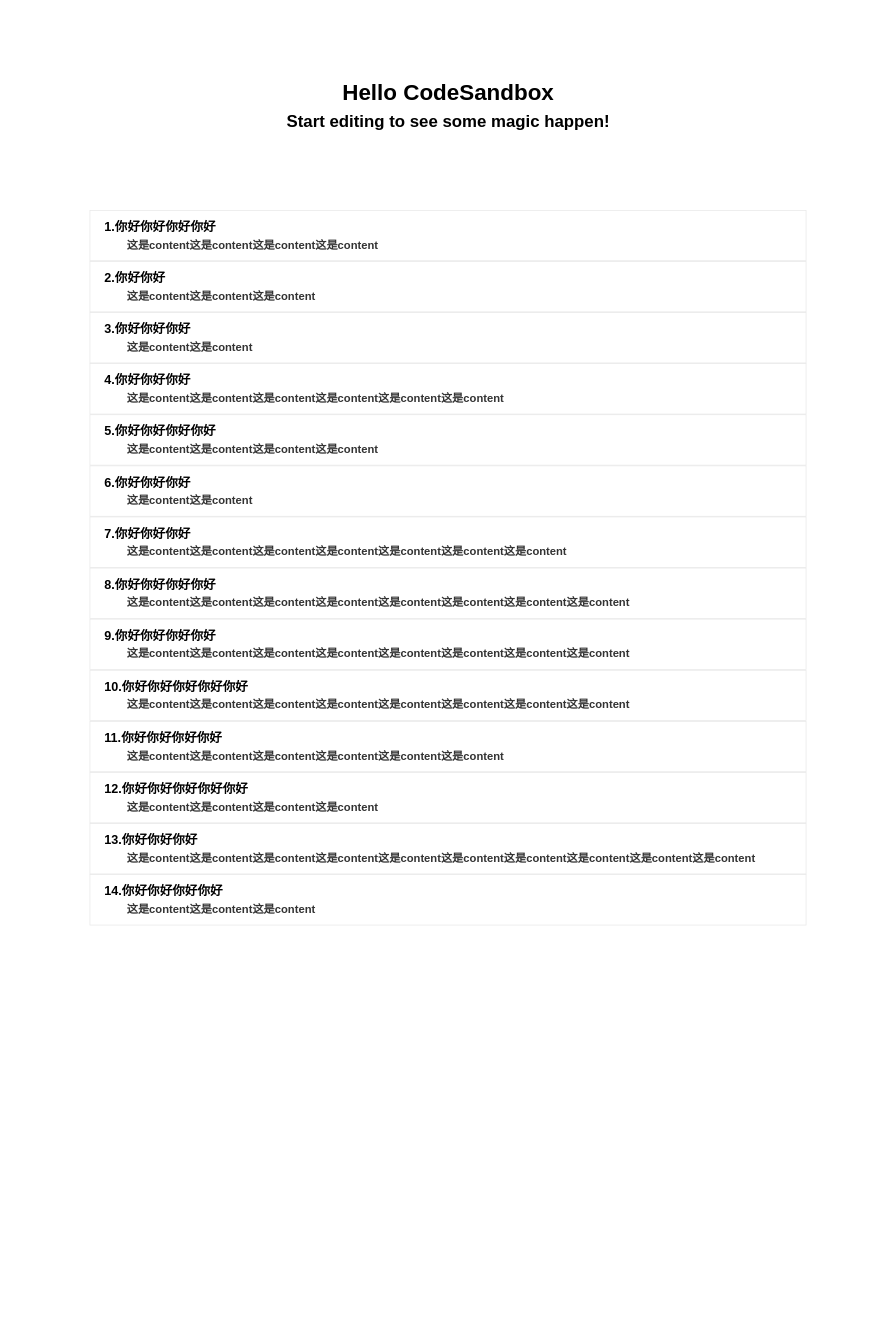
Repository: yuwanlin/react-virtuallist
Page: /
The author's editor kept a copy of each file at every save. The page is drawn from the files as they stood at one save, then again after the next save.
The browser window is 1280 px wide. The pictures show the part of the page from y = 0 to 1920 px (the page is 6622 px tall before and 4802 px after), at 70% of full size.
The project was rebuilt for these pictures with package versions that can differ from the ones it lists, and the page was loaded fresh each time.

Above is the page before, as saved 2019-09-23 10:23:03.

### src/index.tsx
import * as React from 'react'
import { render } from 'react-dom'

import './styles.css'
import VirtualList from './containers/virtual-list'
import { data } from './utils/data'

function App() {
  return (
    <div className="App">
      <div className={'hello'}>
        <h1>Hello CodeSandbox</h1>
        <h2>Start editing to see some magic happen!</h2>
      </div>

      <VirtualList
        list={data.list}
        numberOfContainer={10}
      />
    </div>
  )
}

const rootElement = document.getElementById('root')
render(<App/>, rootElement)

### src/containers/virtual-list/index.tsx
import React, { useEffect, useRef, useState, useLayoutEffect } from 'react'
import { Item } from '../../utils/data'
import './style.css'
import ListItem from '../../component/list-item'

interface VirtualListProps {
  beforeBuffer?: number
  afterBuffer?: number
  list: Item[]
  numberOfContainer: number
}

interface ItemPosition {
  top: number
  bottom: number
  index: number
}

function VirtualList(props: VirtualListProps) {
  const { beforeBuffer = 2, afterBuffer = 2, list = [], numberOfContainer = 10 } = props
  const [visibleList, setVisibleList] = useState<Item[]>([])
  const visibleItmesPositionRef = useRef<ItemPosition[]>([])
  const lastScrollItemPosition = useRef<ItemPosition>({ top: 0, bottom: 0, index: 0 })
  const lastScrollTopRef = useRef<number>(0)
  const startIndexRef = useRef<number> (0)
  // visible list的paddingTop和paddingBottom
  // 在list总长度不变的情况下，要保持visible list的paddingTop +  height + paddingBottom不变，才可以滚动
  const listOffsetRef = useRef({
    startOffset: 0,
    endOffset: 0
  })



  useEffect(() => {
    console.log('parent useEffect')
    updateListBoxHeight()
    window.addEventListener('scroll', handleScroll)

    return () => {
      window.removeEventListener('scroll', handleScroll)
    }
  }, [])

  useLayoutEffect(() => {
    console.log('parent useLayoutEffect')
  }, [])

  const getScrollTop = () => {
    return Math.max(document.body.scrollTop, document.documentElement.scrollTop, window.pageYOffset)
  }

  const handleScroll = () => {
    const scrollTop = getScrollTop()
    console.log('scrollTop', scrollTop, lastScrollItemPosition.current.bottom)
    // 滚动条向下滚动
    if(scrollTop > lastScrollTopRef.current) {
      if(scrollTop > lastScrollItemPosition.current.bottom) {
        updateStartIndex(scrollTop)
        updateListBoxHeight()
      }
    }

    if(scrollTop < lastScrollTopRef.current) {
      if(scrollTop < lastScrollItemPosition.current.top) {
        updateStartIndex(scrollTop)
        updateListBoxHeight()
      }
    }

    lastScrollTopRef.current = scrollTop
  }

  const updateStartIndex = (scrollTop: number) => {
    const targetItemPosition: ItemPosition = visibleItmesPositionRef.current.find(({ bottom }) => bottom > scrollTop)!
    console.log('targetItemPosition', targetItemPosition)
    if(!targetItemPosition) return
    lastScrollItemPosition.current = targetItemPosition
    startIndexRef.current = targetItemPosition.index
  }

  const updateListBoxHeight = () => {
    const endIndex: number = startIndexRef.current + numberOfContainer + beforeBuffer + afterBuffer
    listOffsetRef.current = {
      startOffset: startIndexRef.current * 100,
      endOffset: (list.length - endIndex) * 100
    }
    setVisibleList(list.slice(startIndexRef.current, endIndex))
  }

  const handleCalculatePosition = (node: HTMLElement, index: number) => {
    if(!node) return
    const { top, height } = node.getBoundingClientRect()
    const nodeOffsetY = top + getScrollTop()
    const position = {
      top: nodeOffsetY,
      bottom: nodeOffsetY + height,
      index
    }
    visibleItmesPositionRef.current.push(position)
  }

  console.log('parent render', listOffsetRef.current.startOffset)
  const top = listOffsetRef.current.startOffset;
  const bottom = listOffsetRef.current.endOffset;

  return (
    <div className={'virtual-list-box' + bottom}
      style={{paddingTop: top + 'px', paddingBottom : listOffsetRef.current.endOffset + 'px'}}
    >
      {
        visibleList.map((item: Item, index: number) => {
          const { id, title, content } = item
          return (
            <ListItem
              key={id}
              title={title}
              content={content}
              index={startIndexRef.current + index}
              id={id}
              onCalculatePosition={handleCalculatePosition}
            />
          )
        })
      }
    </div>
  )
}

export default VirtualList

### src/utils/data.ts
import Mock from 'mockjs'

export interface Item {
  id: number
  title: string
  content: string
}
export const data = Mock.mock({
  'list|60-100': [{
    'id|+1': 1,
    'title|2-5': '你好',
    'content|1-10': '这是content'
  }]
})

### src/containers/virtual-list/style.css
body {
    line-height: 1.5;
    box-sizing: border-box;
}

* {
    margin: 0;
    padding: 0;
}

### src/component/list-item/index.tsx
import React, { useEffect, useRef, useLayoutEffect } from 'react'
import './style.css'

interface ListItemProps {
  title: string
  content: string
  onCalculatePosition: (node: HTMLElement, index: number) => void
  index: number
  id: number
}
function ListItem(props: ListItemProps) {
  useEffect(() => {
    console.log('child useEffect')

  }, [])

  useLayoutEffect(() => {
    console.log('child useLayoutEffect')
  }, [])
  const { onCalculatePosition, title, content, id, index } = props
  const itemRef = useRef(null)
  useLayoutEffect(() => {
    console.log('uselayoutEffect item')
    itemRef.current && onCalculatePosition(itemRef.current!, index)
  }, [])
  console.log('render')
  return (
    <div className={'list-item'} ref={itemRef}>
      <h2 className={'title'}>{id}.{title}</h2>
      <h3 className={'content'}>{content}</h3>
    </div>
  )
}

export default ListItem

### src/component/list-item/style.css
.list-item {
    text-align: left;
    border: 1px solid #e7e7e7;
    padding: 10px 20px;
    width: 80%;
    margin: 0 auto 0;
    height: auto;
}

.title {
    font-size: 18px;
    color: #000;
}

.content {
    font-size: 16px;
    color: #333;
    text-indent: 2em;
    word-break: break-all;
}

Loaded but not shown: public/index.html (common file); src/styles.css (common file)

After the next save:
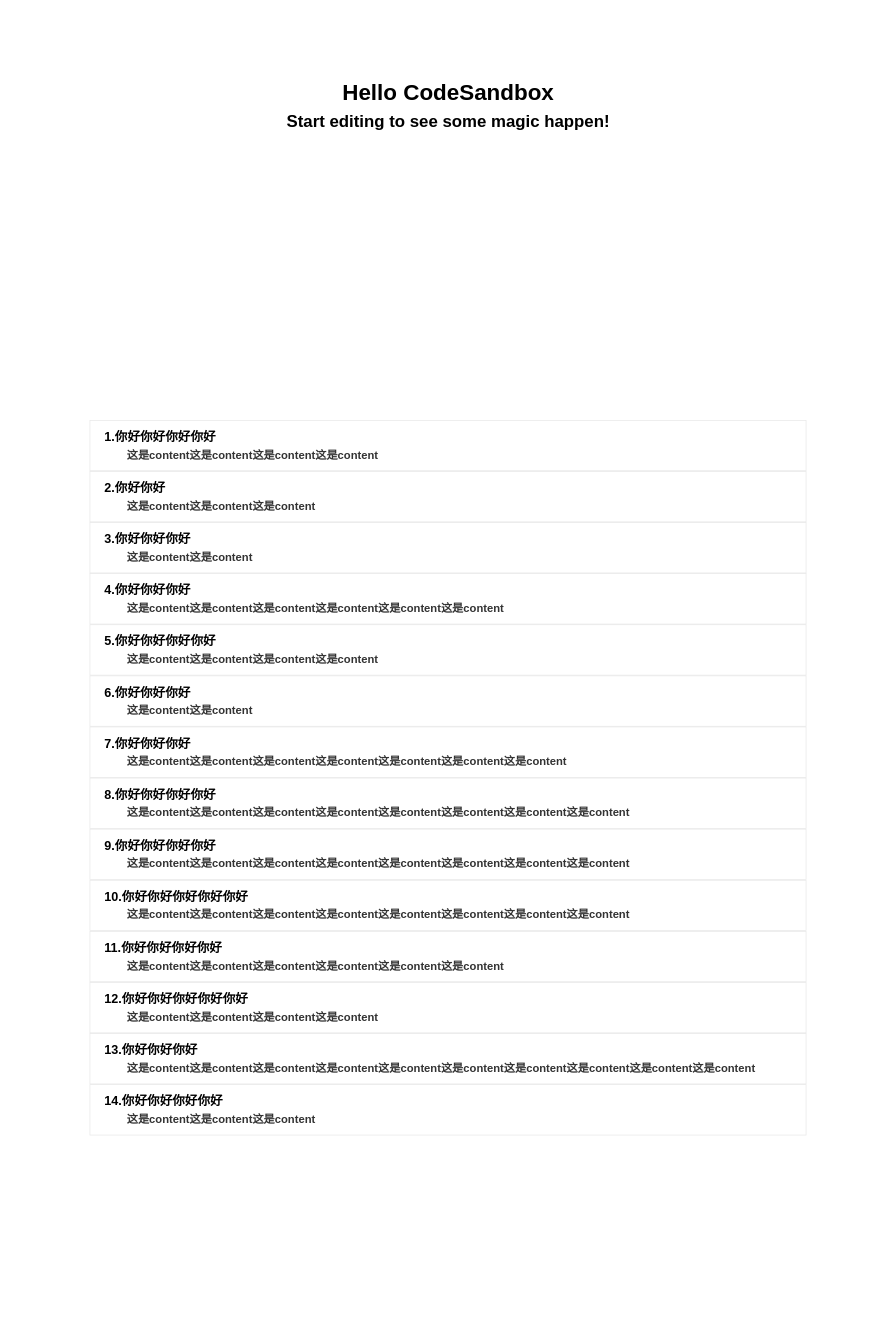
Saved 3 min 41 s later.
--- a/src/containers/virtual-list/index.tsx
+++ b/src/containers/virtual-list/index.tsx
@@ -82,8 +82,8 @@
   const updateListBoxHeight = () => {
     const endIndex: number = startIndexRef.current + numberOfContainer + beforeBuffer + afterBuffer
     listOffsetRef.current = {
-      startOffset: startIndexRef.current * 100,
-      endOffset: (list.length - endIndex) * 100
+      startOffset: lastScrollItemPosition.current.top,
+      endOffset: (list.length - endIndex) * 60
     }
     setVisibleList(list.slice(startIndexRef.current, endIndex))
   }

After the save that followed:
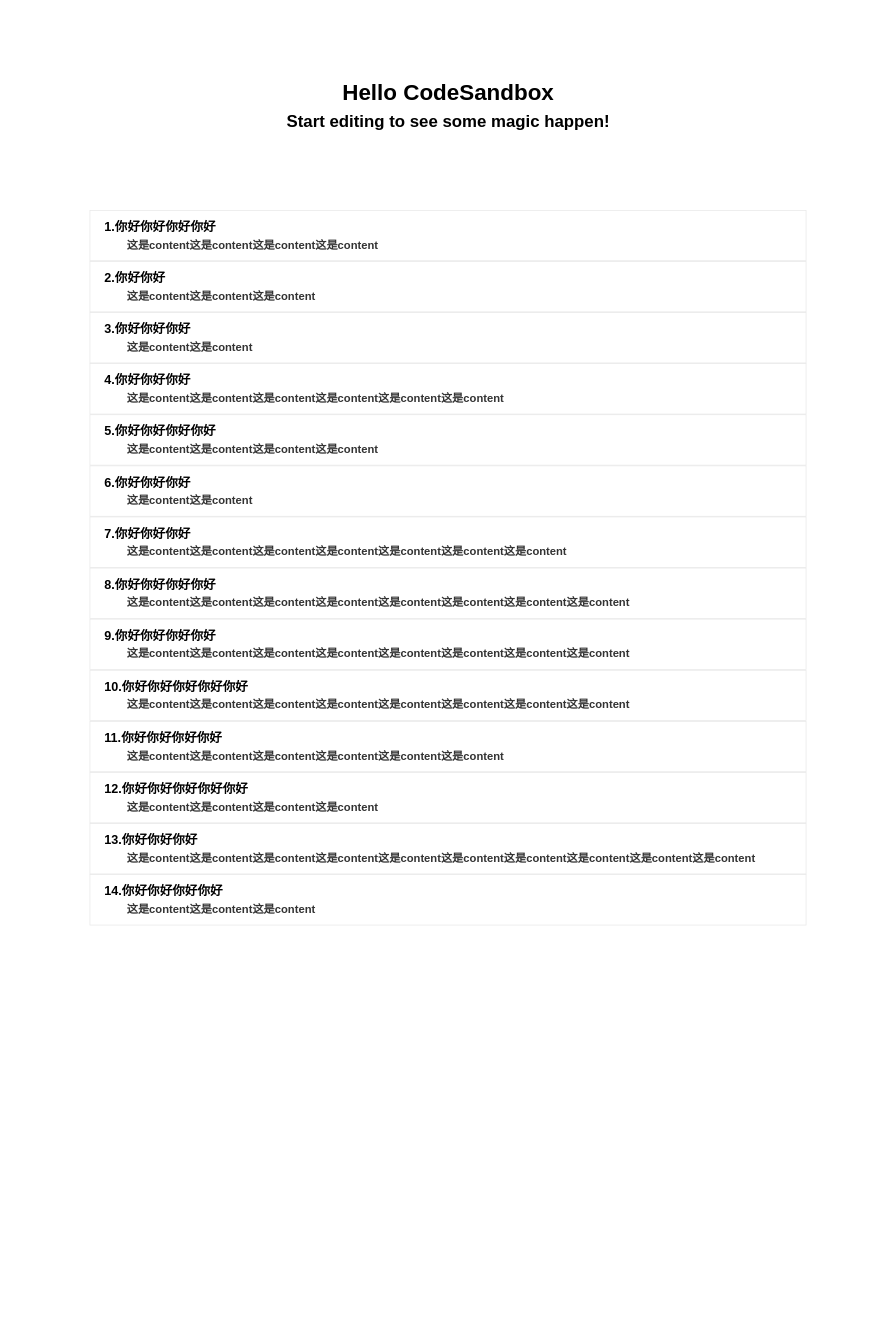
Saved 86 s later.
--- a/src/containers/virtual-list/index.tsx
+++ b/src/containers/virtual-list/index.tsx
@@ -82,8 +82,8 @@
   const updateListBoxHeight = () => {
     const endIndex: number = startIndexRef.current + numberOfContainer + beforeBuffer + afterBuffer
     listOffsetRef.current = {
-      startOffset: lastScrollItemPosition.current.top,
-      endOffset: (list.length - endIndex) * 60
+      startOffset: startIndexRef.current * 100,
+      endOffset: (list.length - endIndex) * 100
     }
     setVisibleList(list.slice(startIndexRef.current, endIndex))
   }
